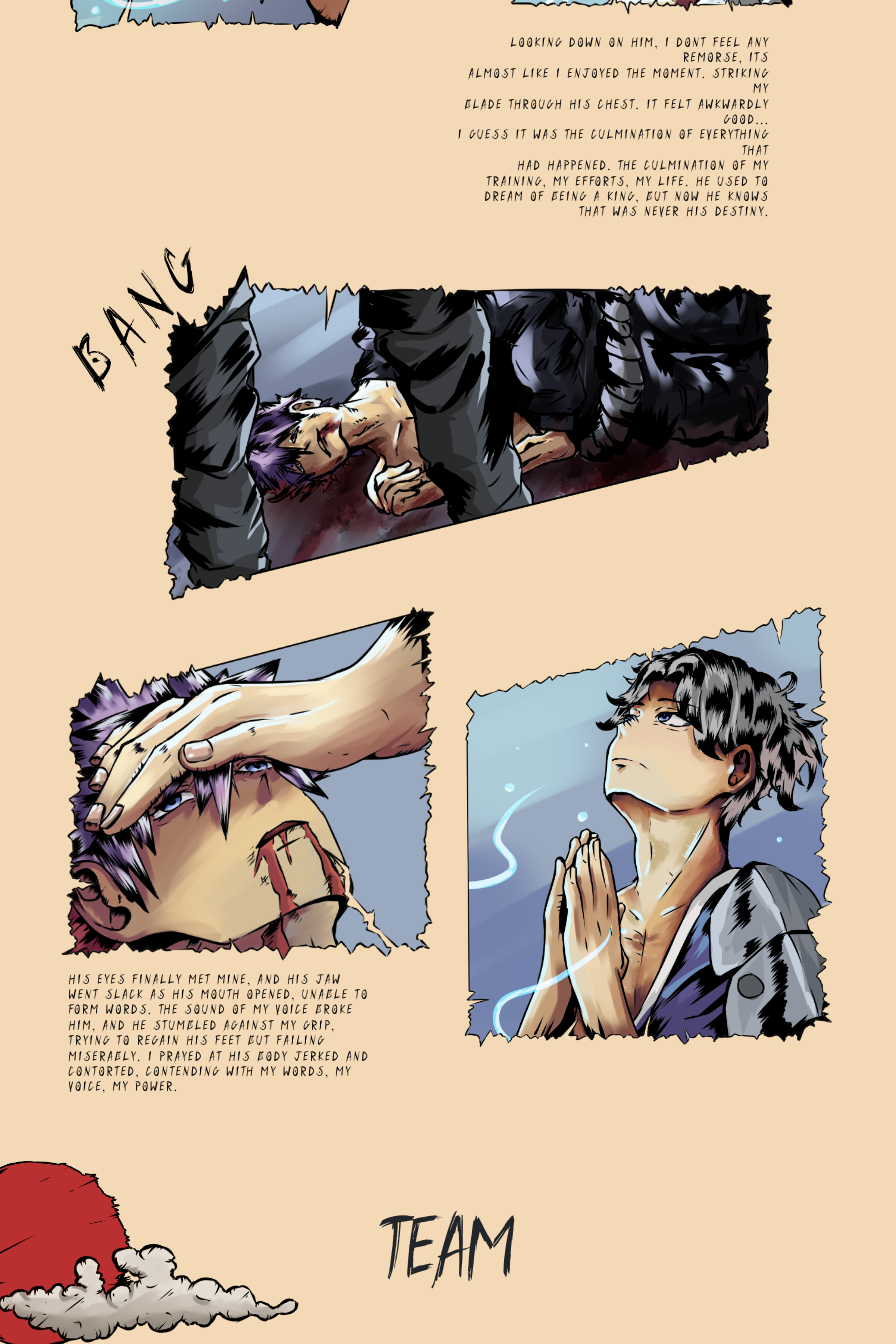
Repository: abzStudio/Kabuto-Web-notCompeleted
Page: index.html
The author's editor kept a copy of each file at every save. The page is drawn from the files as they stood at one save, then again after the next save.
The browser window is 1280 px wide. The pictures show the part of the page from y = 1480 to 3400 px (the page is 4785 px tall before and 4807 px after), at 70% of full size.
Some web libraries are served in a nearby version.

Above is the page before, as saved 2023-03-16 03:05:11.

### index.html
<!doctype html>
<html lang="en">
  <head>
    <meta charset="utf-8">
    <meta name="viewport" content="width=device-width, initial-scale=1">
    <title>kabuto</title>
    <link rel="icon" type="image/x-icon" href="asset/images/favicon.ico">
    <link rel="stylesheet" href="asset/style.css">
    <link href="https://cdn.jsdelivr.net/npm/bootstrap@5.2.3/dist/css/bootstrap.min.css" rel="stylesheet" integrity="sha384-rbsA2VBKQhggwzxH7pPCaAqO46MgnOM80zW1RWuH61DGLwZJEdK2Kadq2F9CUG65" crossorigin="anonymous">
  <meta http-equiv="Content-Security-Policy" content="block-all-mixed-content">
  </head>

  <body><script src="https://code.jquery.com/jquery-1.10.1.min.js"></script>

    <script src="https://cdn.jsdelivr.net/npm/bootstrap@5.2.3/dist/js/bootstrap.bundle.min.js" integrity="sha384-kenU1KFdBIe4zVF0s0G1M5b4hcpxyD9F7jL+jjXkk+Q2h455rYXK/7HAuoJl+0I4" crossorigin="anonymous"></script>
<!-- New Nav Bar -->
<button class="toggle-overlay menu-btn"></button>
<aside>
    <div class="outer-close toggle-overlay">
      <a class="close"><span></span></a>
    </div>

    <nav>
        <div id="pot">  <img src="asset/images/heroimage.png" class="menu_img fade-lefts" alt="cloud"></div>
        <div class="social_icons">
            <ul class="icons_ul">
               <li><a href= ""><img href= "" src="asset/images/icons/discord.png" class="iconset" alt="icon"></a></li>
              <li><a href= "https://twitter.com/KabutoNFT"><img src="asset/images/icons/twitter.png" class="iconset" alt="icon"></a></li>
          <!--
                <li><img href= "" src="asset/images/icons/opensea.png" class="iconset" alt="icon"></li>
                <li><img href= "" src="asset/images/icons/blur.png" class="iconset" alt="icon"></li>
                <li><img href= "" src="asset/images/icons/discord.png" class="iconset" alt="icon"></li>
                <li><img href= "" src="asset/images/icons/looks.png" class="iconset" alt="icon"></li>
                <li><img href= "" src="asset/images/icons/first.png" class="iconset" alt="icon"></li>
                <li><img href= "" src="asset/images/icons/twitter.png" class="iconset" alt="icon"></li>
                <li><img href= "" src="asset/images/icons/web.png" class="iconset" alt="icon"></li>
                <li><img href= "" src="asset/images/icons/x2y2.png" class="iconset" alt="icon"></li>
                <li><img href= "" src="asset/images/icons/etherscan.png" class="iconset" alt="icon"></li>   -->
            </ul>
        </div>
        <ul class="pointshead">
            <li><a class="js-anchor-link down" href="#story_section">- Story</a></li>
            <li><a class="js-anchor-link down" href="#team_section">- Team</a></li>
            <li><a class="js-anchor-link down" href="#">- Mint</a></li>
            <li><a class="js-anchor-link down" href="#footer_section">- Useful Links</a></li>
      </ul>
    </nav>
  </aside>
<!-- end -->

    <section class="hero-section sec_ani">
    <div class="container-fluid reveal">
        <div class="row">
            <div class="col-md-12 hero_col">
                <!-- <button type="button" class="btn btn-infos btn_custom">Utility</button> -->
            </div>
        </div>
    </div>
</section>
<section id="story_section" class="section_story text-center sec_ani">
    <div class="container-fluid">
        <div class="row reveal fade-top">
            <div class="col-md-4 iamge_ad">
                <img src="asset/images/cloud.png" class="cloud_c" alt="cloud">
            </div>
            <div class="col-md-4 story_col end_col">
                <h1 class="">Story</h1>
            </div>
            <div class="col-md-4 iamge_ad">
                <img src="asset/images/tree.png" class="tree_c" alt="trees">
            </div>
            </div>
            </div>
            <div class="container container_stry">
            <div class="row row_story_end reveal fade-bottom adj_row ">
            <div class="col-md-6 story_img">
                <img src="asset/images/story_1.png" alt="Story one">
            </div>
            <div class="col-md-6 story_img">
                <img src="asset/images/story_2.png" class="story_two" alt="Story two">
              <div class="div_text">
                          <p class="text_p"> Looking down on him, I dont feel any remorse, its <br/>almost like I enjoyed the moment. Striking my <br/>blade through his chest. It felt awkwardly good...<br/> I guess it was the culmination of everything that <br/>
                        had happened. The culmination of my training, my efforts, my life.  He used to dream of being a king, but now he knows that was never his destiny.</p>
</div>
            </div>
        </div>
        <div class="row reveal fade-left" >
            <div class="col-md-12 story_img">
                <img src="asset/images/story_3.png" class="story_three" alt="Story three">
            </div>
            </div>
            <div class="row row_story_end reveal fade-right last_set">
                <div class="col-md-6 story_img">
                    <img src="asset/images/story_4.png" class="image_star" alt="Story four">
                    <div class="div_texts">
                        <p class="text_p">His eyes finally met mine, and his jaw went slack as his mouth opened, unable to form words. The sound of my voice broke him, and he stumbled against my grip, trying to regain his feet but failing miserably. I prayed at  his body jerked and contorted, contending with my words, my voice, my power.</p>
        </div>
                </div>
                <div class="col-md-6 story_img">
                    <img src="asset/images/story_5.png" alt="Story five">

                </div>
            </div>
    </div>
</section>
<section id="team_section" class="section_story text-center sec_ani">
    <div class="container-fluid reveal fade-bottom">
        <div class="row reveal fade-top">
            <div class="col-md-4 iamge_ad">
                <img src="asset/images/suncloud.png" class="cloud_c" alt="cloud">
            </div>
            <div class="col-md-4 story_col teamhead end_col">
                <h1 class="">Team</h1>
            </div>
            <div class="col-md-4 iamge_ad">
            </div>
            </div>
            <div class="row reveal fade-left">
              <div class="contan_images">
                <div class="box">
                  <div class="imgBx">
                    <img src="asset/images/Bileth.png">
                  </div>
                  <div class="content">
                    <div class="contentset">
                      <a href="https://twitter.com/bilethh" target="_blank" rel="noopener noreferrer">          <h2>Bileth</h2> </a>
                      <p>Founder</p>
                    </div>
                  </div>
                </div>
                <div class="box">
                  <div class="imgBx">
                    <img src="asset/images/Budguy.png">
                  </div>
                  <div class="content">
                    <div class="contentset">
                      <a href="https://twitter.com/TRomail" target="_blank" rel="noopener noreferrer">        <h2>Budguy</h2> </a>
                      <p>Co-Founder</p>
                    </div>
                  </div>
                </div>
                <div class="box">
               <div class="imgBx">
                 <img src="asset/images/smshayan.png">
                  </div>
                  <div class="content">
                    <div class="contentset">
                      <a href="https://twitter.com/smshayan_eth" target="_blank" rel="noopener noreferrer">   <h2>Smshayan</h2>  </a>
                      <p>Developer</p>
                    </p>
                    </div>
                  </div>
                </div>

              </div>
                </div>

            </div>



        </section>

      <section id="footer_section" class="section_story text-center sec_ani">
          <div class="container-fluid footer_head">
            <div class="row reveal">
              <div class="col-md-12 iamge_ad">
                  <img src="asset/images/cloudredbg.png" class="cloud_c" alt="cloud">
              </div>
            </div>
        </div>
        <div class="container-fluid footer_head section_footer">
              <div class="row">
                <div class="col-sm-12 col-md-12 col-lg-12">
                  <ul>
                    <li><a class="js-anchor-link" href="#story_section">- Story</a></li>
                    <li><a class="js-anchor-link" href="#team_section">- Team</a></li>
                    <li><a class="js-anchor-link" href="#">- Mint</a></li>
                    <li><a class="js-anchor-link" href="#">- Useful Links</a></li>
              </ul>
                </div>
              </div>
              <div class="row rowicon">
                <div class="col-sm-12 col-md-12 col-lg-12 fend">
                  <div class="social_icons iconmob">
                    <ul class="icons_ul">
                      <li><a href=""><img href= "" src="asset/images/icons/discord.png" class="iconset" alt="icon">
                     </a></li>
                      <li><a href="https://twitter.com/KabutoNFT"><img src="asset/images/icons/twitter.png" class="iconset" alt="icon">
                      </a></li>

                      <!--  <li><img href= "" src="asset/images/icons/opensea.png" class="iconset" alt="icon"></li>
                        <li><img href= "" src="asset/images/icons/blur.png" class="iconset" alt="icon"></li>
                        <li><img href= "" src="asset/images/icons/discord.png" class="iconset" alt="icon"></li>
                        <li><img href= "" src="asset/images/icons/looks.png" class="iconset" alt="icon"></li>
                        <li><img href= "" src="asset/images/icons/first.png" class="iconset" alt="icon"></li>
                        <li><img href= "" src="asset/images/icons/web.png" class="iconset" alt="icon"></li>
                        <li><img href= "" src="asset/images/icons/x2y2.png" class="iconset" alt="icon"></li>
                        <li><img href= "" src="asset/images/icons/etherscan.png" class="iconset" alt="icon"></li> -->
                    </ul>
                </div>

                </div>
              </div>

        </div>
      </section>
</body>

<div class="loader"> <h1>Loading...</h1></div>


<script>
 jQuery($ => {
  $(window).on('load', () => {
    setTimeout(() => {
      $('.loader').fadeOut('fast', function() {
        $(this).remove();
      });
    }, 3000);
  });
});
    function reveal() {
  var reveals = document.querySelectorAll(".reveal");

  for (var i = 0; i < reveals.length; i++) {
    var windowHeight = window.innerHeight;
    var elementTop = reveals[i].getBoundingClientRect().top;
    var elementVisible = 150;

    if (elementTop < windowHeight - elementVisible) {
      reveals[i].classList.add("active");
    } else {
      reveals[i].classList.remove("active");
    }
  }
}

window.addEventListener("scroll", reveal);
$('aside ul li a').on('click', function(){
    $("aside").hide();
    $("aside").removeClass("open");
     $("aside").addClass("open");

});
// $('.js-anchor-link').click(function(e){
//   e.preventDefault();

//   var target = $($(this).attr('href'));
//   if(target.length){
//     var scrollTo = target.offset().top;
//     $('body, html').animate({scrollTop: scrollTo+'px'}, 1000);
//   }
// });
$('.js-anchor-link').click(function(){
  var target = $($(this).attr('href'));
 if(target.length){
  var scrollTo = target.offset().top;
    $("html, body").animate({ scrollTop: scrollTo+'px' }, 3000);
    return false;
  }

});
window.addEventListener("scroll", reveal);
$(function() {
    $('.toggle-overlay').click(function() {
      $('aside').toggleClass('open');
    });
    $('aside nav li a').click(function() {
      $('aside').toggleClass('open');
    });
  });

</script>
</html>

Loaded but not shown: asset/style.css (803 lines, source omitted)

After the next save:
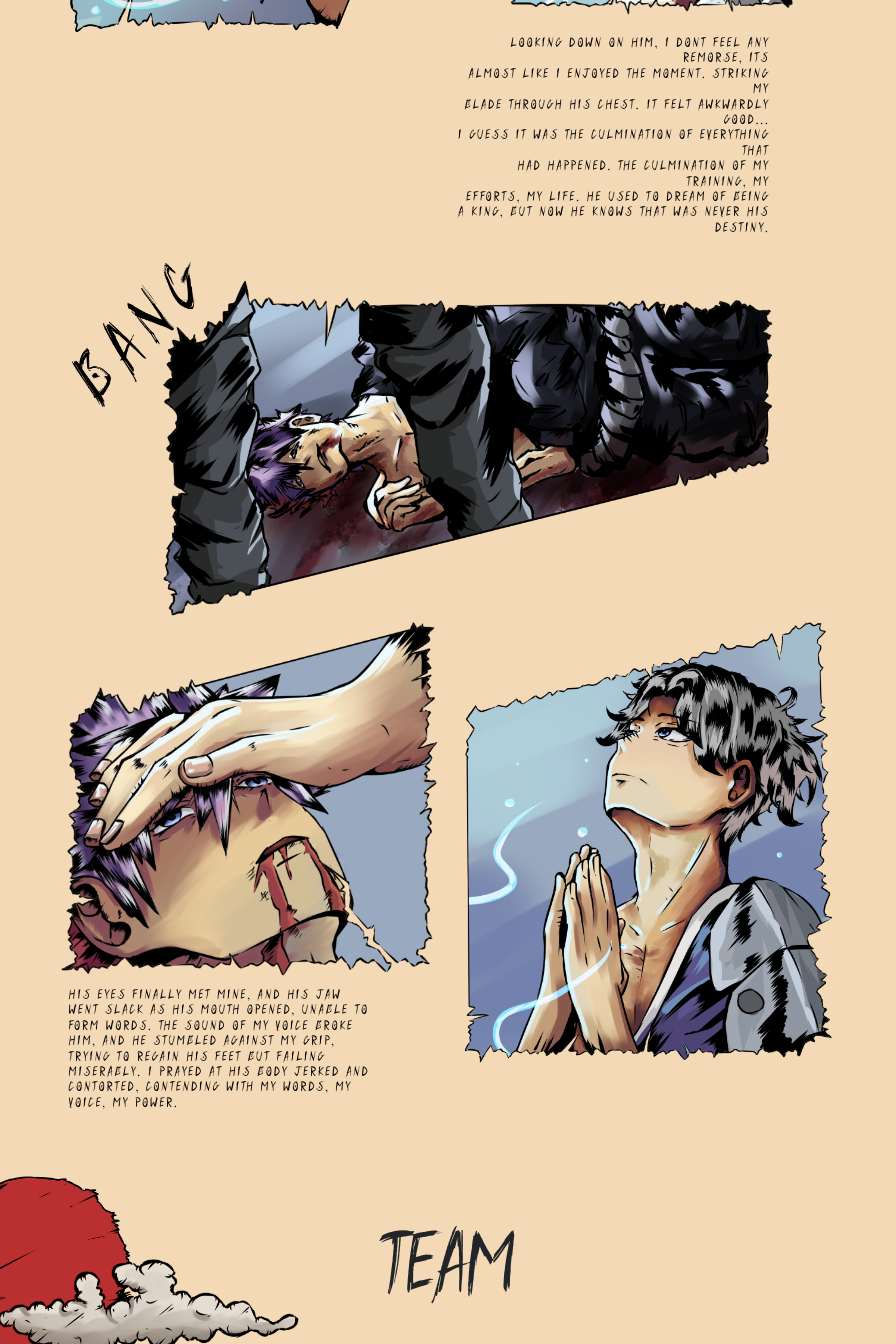
Saved 12 s later.
--- a/index.html
+++ b/index.html
@@ -80,7 +80,7 @@
                 <img src="asset/images/story_2.png" class="story_two" alt="Story two">
               <div class="div_text">
                           <p class="text_p"> Looking down on him, I dont feel any remorse, its <br/>almost like I enjoyed the moment. Striking my <br/>blade through his chest. It felt awkwardly good...<br/> I guess it was the culmination of everything that <br/>
-                        had happened. The culmination of my training, my efforts, my life.  He used to dream of being a king, but now he knows that was never his destiny.</p>
+                        had happened. The culmination of my training, my <br/>efforts, my life.  He used to dream of being a king, but now he knows that was never his destiny.</p>
 </div>
             </div>
         </div>
